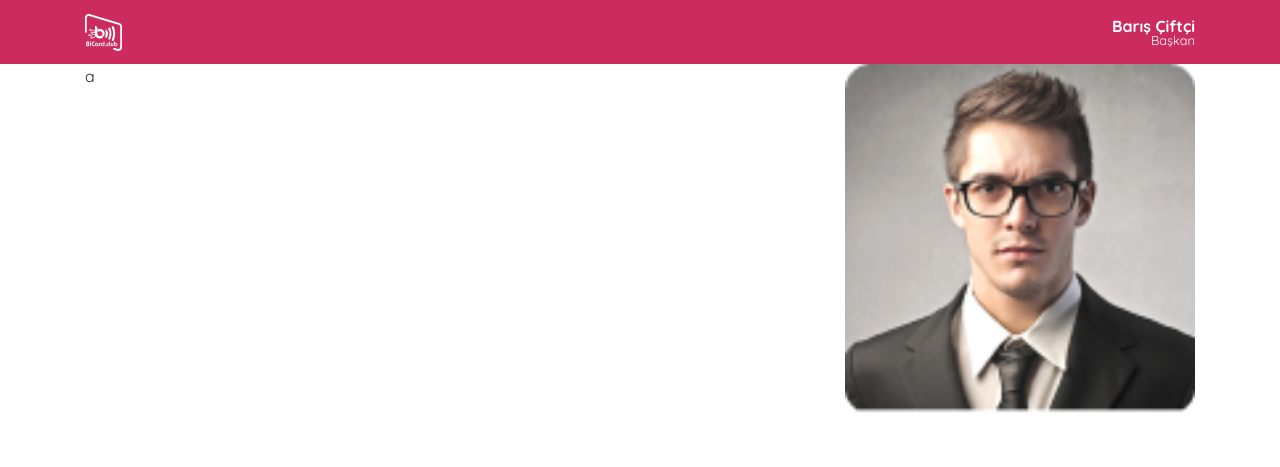
Repository: KayahanKahriman/bicard
Page: index.html
An editor plug-in stored every save of this project. The page is shown before and after a run of saves, followed by the edit.
The browser window is 1280 px wide. The pictures show the whole page.
The style sheet was rebuilt from its Sass, Less or Tailwind sources for each picture, by a compiler version that may differ from the author's.

Above is the page before, as saved 2021-12-01 11:32:13.

### index.html
<!doctype html>
<html>

<head>
    <meta name="viewport" content="width=device-width, initial-scale=1, maximum-scale=1, user-scalable=no">
    <meta charset="utf-8" />
    <title>Title</title>
    <link rel="preconnect" href="https://fonts.googleapis.com">
    <link rel="preconnect" href="https://fonts.gstatic.com" crossorigin>
    <link href="https://fonts.googleapis.com/css2?family=Quicksand:wght@400;500;700&display=swap" rel="stylesheet">
    <link href="./assets/css/style.css" type="text/css" rel="stylesheet" />
</head>

<body>
    <header id="app-bar">
        <div class="container h-100">
            <div class="row h-100 align-items-center justify-content-between">
                <div class="col-1">
                    <img src="./assets/images/logo.png" alt="">
                </div>
                <div class="col-11">
                    <div id="app-bar-right">
                        <p id="person-name">Barış Çiftçi</p>
                        <p id="person-title">Başkan</p>
                    </div>
                </div>
            </div>
        </div>
    </header>
    <section id="profile">
        <div class="container">
            <div class="row">
                <div class="col-8">
                    a
                </div>
                <div class="col-4">
                    <img class="img-contain" src="./assets/images/avatar.png" alt="">
                </div>
            </div>
        </div>
    </section>
    <script src="https://unpkg.com/swiper/swiper-bundle.min.js"></script>
    <script type="text/javascript" src="assets/js/index.js"></script>
</body>

</html>

### assets/scss/style.scss
@import "main";

#app-bar {
  background-color: var(--primary-color);
  height: var(--app-bar-height);
  width: 100%;
  color: white;

  #person-name,
  #person-title {
    line-height: 1;
    text-align: right;
    margin-bottom: 0;
  }

  #person-name {
    font-weight: 600;
  }

  #person-title {
    font-size: 0.8em;
  }
}

#profile {
  background-color: white;
  position: relative;
  top: var(--app-bar-height);
  position: fixed;
  width: 100%;
  height: 10em;
}
/*------------------------------------*\
    RESPONSIVE
\*------------------------------------*/

@media only screen and (min-width: 320px) {
}

@media only screen and (min-width: 480px) {
}

@media only screen and (min-width: 768px) {
}

@media only screen and (min-width: 1024px) {
}

@media only screen and (min-width: 1140px) {
}

@media only screen and (min-width: 1280px) {
}

@media only screen and (-webkit-min-device-pixel-ratio: 1.5),
  only screen and (min-resolution: 144dpi) {
}

### assets/scss/_main.scss
@import "./flex-grid/flexgrid";
@import "vars";
@import "https://unpkg.com/swiper/swiper-bundle.min.css";

*,
*:after,
*:before {
  margin: 0;
  padding: 0;
  -webkit-font-smoothing: antialiased;
  text-rendering: optimizeLegibility;
}

.row-no-padding {
  margin-left: 0;
  margin-right: 0;

  [class*="col-"] {
    padding-left: 0 !important;
    padding-right: 0 !important;
  }
}

a {
  color: var(--link-color);
  text-decoration: none;
}

a:hover,
a:focus,
a:active {
  text-decoration: none;
  outline: none;
}

html,
body {
  height: 100%;
  min-height: 100%;
}

body {
  font-size: 16px;
  color: var(--text-color);
  font-family: var(--primary-font);
  font-weight: 400;
}

.button {
  border-radius: 5px;
  padding: 0.8em 2em;
}

.primary-button {
  background-color: var(--primary-color);
}

.jumbo-button {
  background-color: var(--secondary-color);
}

.img-contain {
  width: 100%;
  object-fit: contain;
}

### assets/scss/flex-grid/_flexgrid.scss
@import "functions";
@import "variables";
@import "mixins";
@import "reboot";
@import "utilities";
@import "grid";

### assets/scss/flex-grid/_functions.scss
// Bootstrap functions
//
// Utility mixins and functions for evaluating source code across our variables, maps, and mixins.

// Ascending
// Used to evaluate Sass maps like our grid breakpoints.
@mixin _assert-ascending($map, $map-name) {
  $prev-key: null;
  $prev-num: null;
  @each $key, $num in $map {
    @if $prev-num == null or unit($num) == "%" {
      // Do nothing
    } @else if not comparable($prev-num, $num) {
      @warn "Potentially invalid value for #{$map-name}: This map must be in ascending order, but key '#{$key}' has value #{$num} whose unit makes it incomparable to #{$prev-num}, the value of the previous key '#{$prev-key}' !";
    } @else if $prev-num >= $num {
      @warn "Invalid value for #{$map-name}: This map must be in ascending order, but key '#{$key}' has value #{$num} which isn't greater than #{$prev-num}, the value of the previous key '#{$prev-key}' !";
    }
    $prev-key: $key;
    $prev-num: $num;
  }
}

// Starts at zero
// Used to ensure the min-width of the lowest breakpoint starts at 0.
@mixin _assert-starts-at-zero($map, $map-name: "$grid-breakpoints") {
  $values: map-values($map);
  $first-value: nth($values, 1);
  @if $first-value != 0 {
    @warn "First breakpoint in #{$map-name} must start at 0, but starts at #{$first-value}.";
  }
}

// Replace `$search` with `$replace` in `$string`
// Used on our SVG icon backgrounds for custom forms.
//
// @author Hugo Giraudel
// @param {String} $string - Initial string
// @param {String} $search - Substring to replace
// @param {String} $replace ('') - New value
// @return {String} - Updated string
@function str-replace($string, $search, $replace: "") {
  $index: str-index($string, $search);

  @if $index {
    @return str-slice($string, 1, $index - 1) + $replace + str-replace(str-slice($string, $index + str-length($search)), $search, $replace);
  }

  @return $string;
}

// Color contrast
@function color-yiq($color, $dark: $yiq-text-dark, $light: $yiq-text-light) {
  $r: red($color);
  $g: green($color);
  $b: blue($color);

  $yiq: (($r * 299) + ($g * 587) + ($b * 114)) / 1000;

  @if ($yiq >= $yiq-contrasted-threshold) {
    @return $dark;
  } @else {
    @return $light;
  }
}

// Retrieve color Sass maps
@function color($key: "blue") {
  @return map-get($colors, $key);
}

@function theme-color($key: "primary") {
  @return map-get($theme-colors, $key);
}

@function gray($key: "100") {
  @return map-get($grays, $key);
}

// Request a theme color level
@function theme-color-level($color-name: "primary", $level: 0) {
  $color: theme-color($color-name);
  $color-base: if($level > 0, $black, $white);
  $level: abs($level);

  @return mix($color-base, $color, $level * $theme-color-interval);
}

### assets/scss/flex-grid/_mixins.scss
// Toggles
//
// Used in conjunction with global variables to enable certain theme features.

// Vendor
@import "vendor/rfs";


// Utilities
@import "mixins/breakpoints";
@import "mixins/image";
@import "mixins/hover";
@import "mixins/deprecate";
@import "mixins/text-hide";
@import "mixins/text-truncate";
@import "mixins/text-emphasis";
@import "mixins/size";


// // Layout
@import "mixins/clearfix";
@import "mixins/grid-framework";
@import "mixins/grid";
@import "mixins/float";

### assets/scss/flex-grid/mixins/_breakpoints.scss
// Breakpoint viewport sizes and media queries.
//
// Breakpoints are defined as a map of (name: minimum width), order from small to large:
//
//    (xs: 0, sm: 576px, md: 768px, lg: 992px, xl: 1200px)
//
// The map defined in the `$grid-breakpoints` global variable is used as the `$breakpoints` argument by default.

// Name of the next breakpoint, or null for the last breakpoint.
//
//    >> breakpoint-next(sm)
//    md
//    >> breakpoint-next(sm, (xs: 0, sm: 576px, md: 768px, lg: 992px, xl: 1200px))
//    md
//    >> breakpoint-next(sm, $breakpoint-names: (xs sm md lg xl))
//    md
@function breakpoint-next($name, $breakpoints: $grid-breakpoints, $breakpoint-names: map-keys($breakpoints)) {
  $n: index($breakpoint-names, $name);
  @return if($n != null and $n < length($breakpoint-names), nth($breakpoint-names, $n + 1), null);
}

// Minimum breakpoint width. Null for the smallest (first) breakpoint.
//
//    >> breakpoint-min(sm, (xs: 0, sm: 576px, md: 768px, lg: 992px, xl: 1200px))
//    576px
@function breakpoint-min($name, $breakpoints: $grid-breakpoints) {
  $min: map-get($breakpoints, $name);
  @return if($min != 0, $min, null);
}

// Maximum breakpoint width. Null for the largest (last) breakpoint.
// The maximum value is calculated as the minimum of the next one less 0.02px
// to work around the limitations of `min-` and `max-` prefixes and viewports with fractional widths.
// See https://www.w3.org/TR/mediaqueries-4/#mq-min-max
// Uses 0.02px rather than 0.01px to work around a current rounding bug in Safari.
// See https://bugs.webkit.org/show_bug.cgi?id=178261
//
//    >> breakpoint-max(sm, (xs: 0, sm: 576px, md: 768px, lg: 992px, xl: 1200px))
//    767.98px
@function breakpoint-max($name, $breakpoints: $grid-breakpoints) {
  $next: breakpoint-next($name, $breakpoints);
  @return if($next, breakpoint-min($next, $breakpoints) - .02, null);
}

// Returns a blank string if smallest breakpoint, otherwise returns the name with a dash in front.
// Useful for making responsive utilities.
//
//    >> breakpoint-infix(xs, (xs: 0, sm: 576px, md: 768px, lg: 992px, xl: 1200px))
//    ""  (Returns a blank string)
//    >> breakpoint-infix(sm, (xs: 0, sm: 576px, md: 768px, lg: 992px, xl: 1200px))
//    "-sm"
@function breakpoint-infix($name, $breakpoints: $grid-breakpoints) {
  @return if(breakpoint-min($name, $breakpoints) == null, "", "-#{$name}");
}

// Media of at least the minimum breakpoint width. No query for the smallest breakpoint.
// Makes the @content apply to the given breakpoint and wider.
@mixin media-breakpoint-up($name, $breakpoints: $grid-breakpoints) {
  $min: breakpoint-min($name, $breakpoints);
  @if $min {
    @media (min-width: $min) {
      @content;
    }
  } @else {
    @content;
  }
}

// Media of at most the maximum breakpoint width. No query for the largest breakpoint.
// Makes the @content apply to the given breakpoint and narrower.
@mixin media-breakpoint-down($name, $breakpoints: $grid-breakpoints) {
  $max: breakpoint-max($name, $breakpoints);
  @if $max {
    @media (max-width: $max) {
      @content;
    }
  } @else {
    @content;
  }
}

// Media that spans multiple breakpoint widths.
// Makes the @content apply between the min and max breakpoints
@mixin media-breakpoint-between($lower, $upper, $breakpoints: $grid-breakpoints) {
  $min: breakpoint-min($lower, $breakpoints);
  $max: breakpoint-max($upper, $breakpoints);

  @if $min != null and $max != null {
    @media (min-width: $min) and (max-width: $max) {
      @content;
    }
  } @else if $max == null {
    @include media-breakpoint-up($lower, $breakpoints) {
      @content;
    }
  } @else if $min == null {
    @include media-breakpoint-down($upper, $breakpoints) {
      @content;
    }
  }
}

// Media between the breakpoint's minimum and maximum widths.
// No minimum for the smallest breakpoint, and no maximum for the largest one.
// Makes the @content apply only to the given breakpoint, not viewports any wider or narrower.
@mixin media-breakpoint-only($name, $breakpoints: $grid-breakpoints) {
  $min: breakpoint-min($name, $breakpoints);
  $max: breakpoint-max($name, $breakpoints);

  @if $min != null and $max != null {
    @media (min-width: $min) and (max-width: $max) {
      @content;
    }
  } @else if $max == null {
    @include media-breakpoint-up($name, $breakpoints) {
      @content;
    }
  } @else if $min == null {
    @include media-breakpoint-down($name, $breakpoints) {
      @content;
    }
  }
}

### assets/scss/flex-grid/mixins/_image.scss
// Image Mixins
// - Responsive image
// - Retina image


// Responsive image
//
// Keep images from scaling beyond the width of their parents.

@mixin img-fluid {
  // Part 1: Set a maximum relative to the parent
  max-width: 100%;
  // Part 2: Override the height to auto, otherwise images will be stretched
  // when setting a width and height attribute on the img element.
  height: auto;
}


// Retina image
//
// Short retina mixin for setting background-image and -size.

@mixin img-retina($file-1x, $file-2x, $width-1x, $height-1x) {
  background-image: url($file-1x);

  // Autoprefixer takes care of adding -webkit-min-device-pixel-ratio and -o-min-device-pixel-ratio,
  // but doesn't convert dppx=>dpi.
  // There's no such thing as unprefixed min-device-pixel-ratio since it's nonstandard.
  // Compatibility info: https://caniuse.com/#feat=css-media-resolution
  @media only screen and (min-resolution: 192dpi), // IE9-11 don't support dppx
    only screen and (min-resolution: 2dppx) { // Standardized
    background-image: url($file-2x);
    background-size: $width-1x $height-1x;
  }
  @include deprecate("`img-retina()`", "v4.3.0", "v5");
}

### assets/scss/flex-grid/mixins/_hover.scss
// Hover mixin and `$enable-hover-media-query` are deprecated.
//
// Originally added during our alphas and maintained during betas, this mixin was
// designed to prevent `:hover` stickiness on iOS-an issue where hover styles
// would persist after initial touch.
//
// For backward compatibility, we've kept these mixins and updated them to
// always return their regular pseudo-classes instead of a shimmed media query.
//
// Issue: https://github.com/twbs/bootstrap/issues/25195

@mixin hover {
  &:hover { @content; }
}

@mixin hover-focus {
  &:hover,
  &:focus {
    @content;
  }
}

@mixin plain-hover-focus {
  &,
  &:hover,
  &:focus {
    @content;
  }
}

@mixin hover-focus-active {
  &:hover,
  &:focus,
  &:active {
    @content;
  }
}

### assets/scss/flex-grid/mixins/_grid-framework.scss
// Framework grid generation
//
// Used only by Bootstrap to generate the correct number of grid classes given
// any value of `$grid-columns`.

@mixin make-grid-columns($columns: $grid-columns, $gutter: $grid-gutter-width, $breakpoints: $grid-breakpoints) {
  // Common properties for all breakpoints
  %grid-column {
    position: relative;
    width: 100%;
    padding-right: $gutter / 2;
    padding-left: $gutter / 2;
  }

  @each $breakpoint in map-keys($breakpoints) {
    $infix: breakpoint-infix($breakpoint, $breakpoints);

    // Allow columns to stretch full width below their breakpoints
    @for $i from 1 through $columns {
      .col#{$infix}-#{$i} {
        @extend %grid-column;
      }
    }
    .col#{$infix},
    .col#{$infix}-auto {
      @extend %grid-column;
    }

    @include media-breakpoint-up($breakpoint, $breakpoints) {
      // Provide basic `.col-{bp}` classes for equal-width flexbox columns
      .col#{$infix} {
        flex-basis: 0;
        flex-grow: 1;
        max-width: 100%;
      }
      .col#{$infix}-auto {
        flex: 0 0 auto;
        width: auto;
        max-width: 100%; // Reset earlier grid tiers
      }

      @for $i from 1 through $columns {
        .col#{$infix}-#{$i} {
          @include make-col($i, $columns);
        }
      }

      .order#{$infix}-first { order: -1; }

      .order#{$infix}-last { order: $columns + 1; }

      @for $i from 0 through $columns {
        .order#{$infix}-#{$i} { order: $i; }
      }

      // `$columns - 1` because offsetting by the width of an entire row isn't possible
      @for $i from 0 through ($columns - 1) {
        @if not ($infix == "" and $i == 0) { // Avoid emitting useless .offset-0
          .offset#{$infix}-#{$i} {
            @include make-col-offset($i, $columns);
          }
        }
      }
    }
  }
}

### assets/scss/flex-grid/mixins/_grid.scss
/// Grid system
//
// Generate semantic grid columns with these mixins.

@mixin make-container($gutter: $grid-gutter-width) {
  width: 100%;
  padding-right: $gutter / 2;
  padding-left: $gutter / 2;
  margin-right: auto;
  margin-left: auto;
}


// For each breakpoint, define the maximum width of the container in a media query
@mixin make-container-max-widths($max-widths: $container-max-widths, $breakpoints: $grid-breakpoints) {
  @each $breakpoint, $container-max-width in $max-widths {
    @include media-breakpoint-up($breakpoint, $breakpoints) {
      max-width: $container-max-width;
    }
  }
}

@mixin make-row($gutter: $grid-gutter-width) {
  display: flex;
  flex-wrap: wrap;
  margin-right: -$gutter / 2;
  margin-left: -$gutter / 2;
}

@mixin make-col-ready($gutter: $grid-gutter-width) {
  position: relative;
  // Prevent columns from becoming too narrow when at smaller grid tiers by
  // always setting `width: 100%;`. This works because we use `flex` values
  // later on to override this initial width.
  width: 100%;
  padding-right: $gutter / 2;
  padding-left: $gutter / 2;
}

@mixin make-col($size, $columns: $grid-columns) {
  flex: 0 0 percentage($size / $columns);
  // Add a `max-width` to ensure content within each column does not blow out
  // the width of the column. Applies to IE10+ and Firefox. Chrome and Safari
  // do not appear to require this.
  max-width: percentage($size / $columns);
}

@mixin make-col-offset($size, $columns: $grid-columns) {
  $num: $size / $columns;
  margin-left: if($num == 0, 0, percentage($num));
}

### assets/scss/flex-grid/_utilities.scss
@import "utilities/align";
@import "utilities/clearfix";
@import "utilities/display";
@import "utilities/flex";
@import "utilities/float";
@import "utilities/position";
@import "utilities/text";
@import "utilities/spacing";
@import "utilities/sizing";

### assets/scss/flex-grid/utilities/_flex.scss
// stylelint-disable declaration-no-important

// Flex variation
//
// Custom styles for additional flex alignment options.

@each $breakpoint in map-keys($grid-breakpoints) {
  @include media-breakpoint-up($breakpoint) {
    $infix: breakpoint-infix($breakpoint, $grid-breakpoints);

    .flex#{$infix}-row            { flex-direction: row !important; }
    .flex#{$infix}-column         { flex-direction: column !important; }
    .flex#{$infix}-row-reverse    { flex-direction: row-reverse !important; }
    .flex#{$infix}-column-reverse { flex-direction: column-reverse !important; }

    .flex#{$infix}-wrap         { flex-wrap: wrap !important; }
    .flex#{$infix}-nowrap       { flex-wrap: nowrap !important; }
    .flex#{$infix}-wrap-reverse { flex-wrap: wrap-reverse !important; }
    .flex#{$infix}-fill         { flex: 1 1 auto !important; }
    .flex#{$infix}-grow-0       { flex-grow: 0 !important; }
    .flex#{$infix}-grow-1       { flex-grow: 1 !important; }
    .flex#{$infix}-shrink-0     { flex-shrink: 0 !important; }
    .flex#{$infix}-shrink-1     { flex-shrink: 1 !important; }

    .justify-content#{$infix}-start   { justify-content: flex-start !important; }
    .justify-content#{$infix}-end     { justify-content: flex-end !important; }
    .justify-content#{$infix}-center  { justify-content: center !important; }
    .justify-content#{$infix}-between { justify-content: space-between !important; }
    .justify-content#{$infix}-around  { justify-content: space-around !important; }

    .align-items#{$infix}-start    { align-items: flex-start !important; }
    .align-items#{$infix}-end      { align-items: flex-end !important; }
    .align-items#{$infix}-center   { align-items: center !important; }
    .align-items#{$infix}-baseline { align-items: baseline !important; }
    .align-items#{$infix}-stretch  { align-items: stretch !important; }

    .align-content#{$infix}-start   { align-content: flex-start !important; }
    .align-content#{$infix}-end     { align-content: flex-end !important; }
    .align-content#{$infix}-center  { align-content: center !important; }
    .align-content#{$infix}-between { align-content: space-between !important; }
    .align-content#{$infix}-around  { align-content: space-around !important; }
    .align-content#{$infix}-stretch { align-content: stretch !important; }

    .align-self#{$infix}-auto     { align-self: auto !important; }
    .align-self#{$infix}-start    { align-self: flex-start !important; }
    .align-self#{$infix}-end      { align-self: flex-end !important; }
    .align-self#{$infix}-center   { align-self: center !important; }
    .align-self#{$infix}-baseline { align-self: baseline !important; }
    .align-self#{$infix}-stretch  { align-self: stretch !important; }
  }
}

### assets/scss/flex-grid/utilities/_text.scss
// stylelint-disable declaration-no-important

//
// Text
//

.text-monospace { font-family: $font-family-monospace !important; }

// Alignment

.text-justify  { text-align: justify !important; }
.text-wrap     { white-space: normal !important; }
.text-nowrap   { white-space: nowrap !important; }
.text-truncate { @include text-truncate; }

// Responsive alignment

@each $breakpoint in map-keys($grid-breakpoints) {
  @include media-breakpoint-up($breakpoint) {
    $infix: breakpoint-infix($breakpoint, $grid-breakpoints);

    .text#{$infix}-left   { text-align: left !important; }
    .text#{$infix}-right  { text-align: right !important; }
    .text#{$infix}-center { text-align: center !important; }
  }
}

// Transformation

.text-lowercase  { text-transform: lowercase !important; }
.text-uppercase  { text-transform: uppercase !important; }
.text-capitalize { text-transform: capitalize !important; }

// Weight and italics

.font-weight-light   { font-weight: $font-weight-light !important; }
.font-weight-lighter { font-weight: $font-weight-lighter !important; }
.font-weight-normal  { font-weight: $font-weight-normal !important; }
.font-weight-bold    { font-weight: $font-weight-bold !important; }
.font-weight-bolder  { font-weight: $font-weight-bolder !important; }
.font-italic         { font-style: italic !important; }

// Contextual colors

.text-white { color: $white !important; }

@each $color, $value in $theme-colors {
  @include text-emphasis-variant(".text-#{$color}", $value);
}

.text-body { color: $body-color !important; }
.text-muted { color: $text-muted !important; }

.text-black-50 { color: rgba($black, .5) !important; }
.text-white-50 { color: rgba($white, .5) !important; }

// Misc

.text-hide {
  @include text-hide($ignore-warning: true);
}

.text-decoration-none { text-decoration: none !important; }

.text-break {
  word-break: break-word !important; // IE & < Edge 18
  overflow-wrap: break-word !important;
}

// Reset

.text-reset { color: inherit !important; }

### assets/scss/flex-grid/utilities/_spacing.scss
// stylelint-disable declaration-no-important

// Margin and Padding

@each $breakpoint in map-keys($grid-breakpoints) {
  @include media-breakpoint-up($breakpoint) {
    $infix: breakpoint-infix($breakpoint, $grid-breakpoints);

    @each $prop, $abbrev in (margin: m, padding: p) {
      @each $size, $length in $spacers {
        .#{$abbrev}#{$infix}-#{$size} { #{$prop}: $length !important; }
        .#{$abbrev}t#{$infix}-#{$size},
        .#{$abbrev}y#{$infix}-#{$size} {
          #{$prop}-top: $length !important;
        }
        .#{$abbrev}r#{$infix}-#{$size},
        .#{$abbrev}x#{$infix}-#{$size} {
          #{$prop}-right: $length !important;
        }
        .#{$abbrev}b#{$infix}-#{$size},
        .#{$abbrev}y#{$infix}-#{$size} {
          #{$prop}-bottom: $length !important;
        }
        .#{$abbrev}l#{$infix}-#{$size},
        .#{$abbrev}x#{$infix}-#{$size} {
          #{$prop}-left: $length !important;
        }
      }
    }

    // Negative margins (e.g., where `.mb-n1` is negative version of `.mb-1`)
    @each $size, $length in $spacers {
      @if $size != 0 {
        .m#{$infix}-n#{$size} { margin: -$length !important; }
        .mt#{$infix}-n#{$size},
        .my#{$infix}-n#{$size} {
          margin-top: -$length !important;
        }
        .mr#{$infix}-n#{$size},
        .mx#{$infix}-n#{$size} {
          margin-right: -$length !important;
        }
        .mb#{$infix}-n#{$size},
        .my#{$infix}-n#{$size} {
          margin-bottom: -$length !important;
        }
        .ml#{$infix}-n#{$size},
        .mx#{$infix}-n#{$size} {
          margin-left: -$length !important;
        }
      }
    }

    // Some special margin utils
    .m#{$infix}-auto { margin: auto !important; }
    .mt#{$infix}-auto,
    .my#{$infix}-auto {
      margin-top: auto !important;
    }
    .mr#{$infix}-auto,
    .mx#{$infix}-auto {
      margin-right: auto !important;
    }
    .mb#{$infix}-auto,
    .my#{$infix}-auto {
      margin-bottom: auto !important;
    }
    .ml#{$infix}-auto,
    .mx#{$infix}-auto {
      margin-left: auto !important;
    }
  }
}

### assets/scss/flex-grid/_grid.scss
// Container widths
//
// Set the container width, and override it for fixed navbars in media queries.

@if $enable-grid-classes {
  .container {
    @include make-container();
    @include make-container-max-widths();
  }
}

// Fluid container
//
// Utilizes the mixin meant for fixed width containers, but with 100% width for
// fluid, full width layouts.

@if $enable-grid-classes {
  .container-fluid {
    @include make-container();
  }
}

// Row
//
// Rows contain and clear the floats of your columns.

@if $enable-grid-classes {
  .row {
    @include make-row();
  }

  // Remove the negative margin from default .row, then the horizontal padding
  // from all immediate children columns (to prevent runaway style inheritance).
  .no-gutters {
    margin-right: 0;
    margin-left: 0;

    > .col,
    > [class*="col-"] {
      padding-right: 0;
      padding-left: 0;
    }
  }
}

// Columns
//
// Common styles for small and large grid columns

@if $enable-grid-classes {
  @include make-grid-columns();
}

### assets/scss/_vars.scss
:root {
  // Fonts
  --quicksand: "Quicksand", sans-serif;
  --primary-font: var(--quicksand);

  // Colors
  --primary-color: #cc2b5e;
  --secondary-color: #ffcc00;
  --text-color: #292d32;
  --link-color: #292d32;
  --alt-text-color: #616e7d;

  // Sizes
  --app-bar-height: 4em;
}

Loaded but not shown: assets/scss/flex-grid/vendor/_rfs.scss (common file); assets/scss/flex-grid/mixins/_deprecate.scss (common file); assets/scss/flex-grid/mixins/_text-hide.scss (common file); assets/scss/flex-grid/mixins/_text-truncate.scss (common file); assets/scss/flex-grid/mixins/_text-emphasis.scss (common file); assets/scss/flex-grid/mixins/_size.scss (common file); assets/scss/flex-grid/mixins/_clearfix.scss (common file); assets/scss/flex-grid/mixins/_float.scss (common file); assets/scss/flex-grid/utilities/_align.scss (common file); assets/scss/flex-grid/utilities/_clearfix.scss (common file); assets/scss/flex-grid/utilities/_display.scss (common file); assets/scss/flex-grid/utilities/_float.scss (common file); assets/scss/flex-grid/utilities/_position.scss (common file); assets/scss/flex-grid/utilities/_sizing.scss (common file); assets/js/index.js (6 lines, source omitted); assets/scss/flex-grid/_variables.scss (1123 lines, source omitted); assets/scss/flex-grid/_reboot.scss (483 lines, source omitted)

After the next 2 saves:
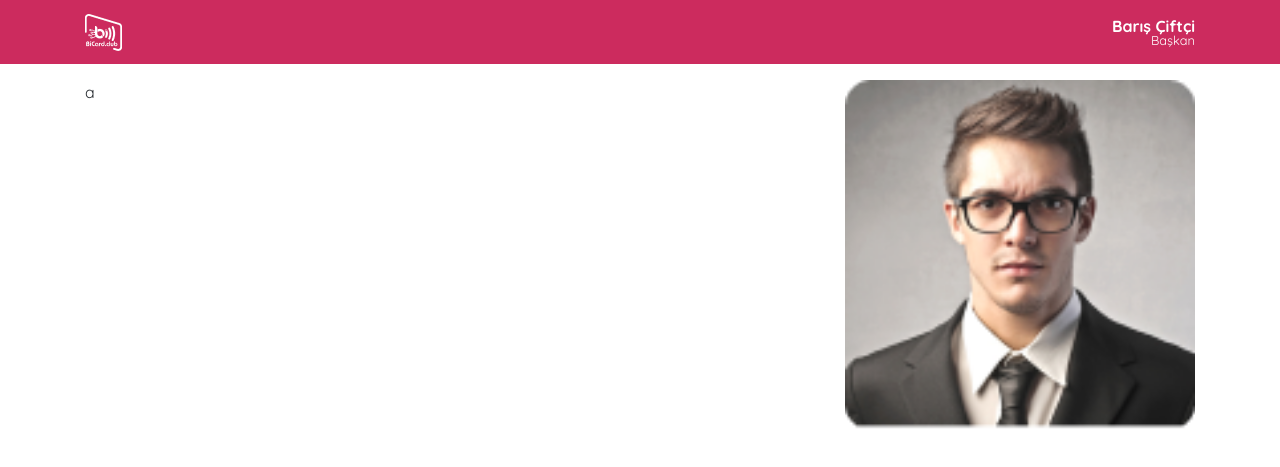
The 2 saves are shown as one change because they came seconds apart.
The last was saved 22 s later.
--- a/index.html
+++ b/index.html
@@ -27,7 +27,7 @@
             </div>
         </div>
     </header>
-    <section id="profile">
+    <section id="profile" class="py-3">
         <div class="container">
             <div class="row">
                 <div class="col-8">
